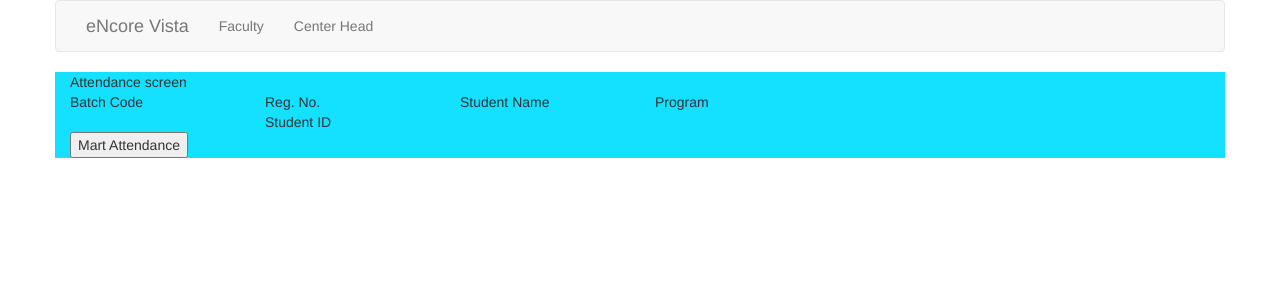
Repository: RajeswarM-NIIT/RajeswarAceMarch2020
Page: http://localhost/attendance/WEB-INF/views/attpage.jsp
The author's editor kept a copy of each file at every save. The page is drawn from the files as they stood at one save, then again after the next save.
The browser window is 1280 px wide. The pictures show the whole page.
The page is served by Tomcat 9. Nobody is signed in. The template is opened directly, without the code that normally fills it, so the values that code supplies are empty.

Above is the page before, as saved 2020-03-13 20:21:59.

After the next save:
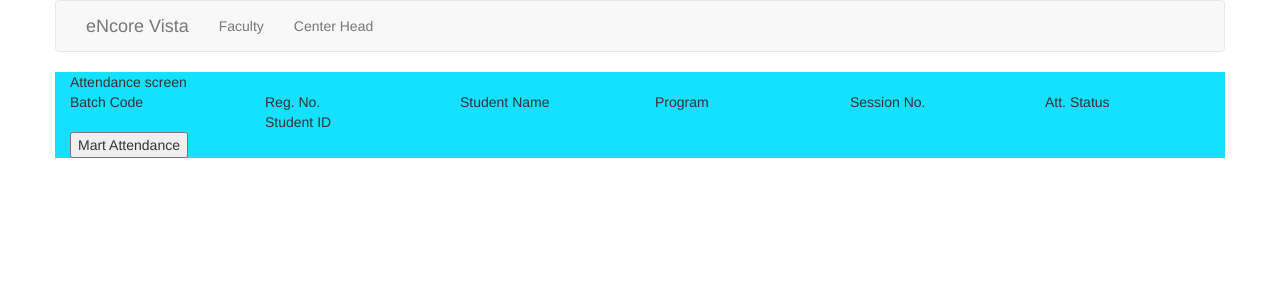
Saved 28 s later.
--- a/attendance/src/main/webapp/WEB-INF/views/attpage.jsp
+++ b/attendance/src/main/webapp/WEB-INF/views/attpage.jsp
@@ -15,6 +15,8 @@
 		<div class="col-sm-2">Reg. No. <br> Student ID</div>
 		<div class="col-sm-2">Student Name</div>
 		<div class="col-sm-2">Program</div>
+		<div class="col-sm-2">Session No.</div>
+		<div class="col-sm-2">Att. Status</div>
 	</div>
 <spring:form modelAttribute="form"  action="reqMarkAttendance" method="post">
 	<c:forEach items="${form.studentrecords}" var="st" varStatus="vs">
